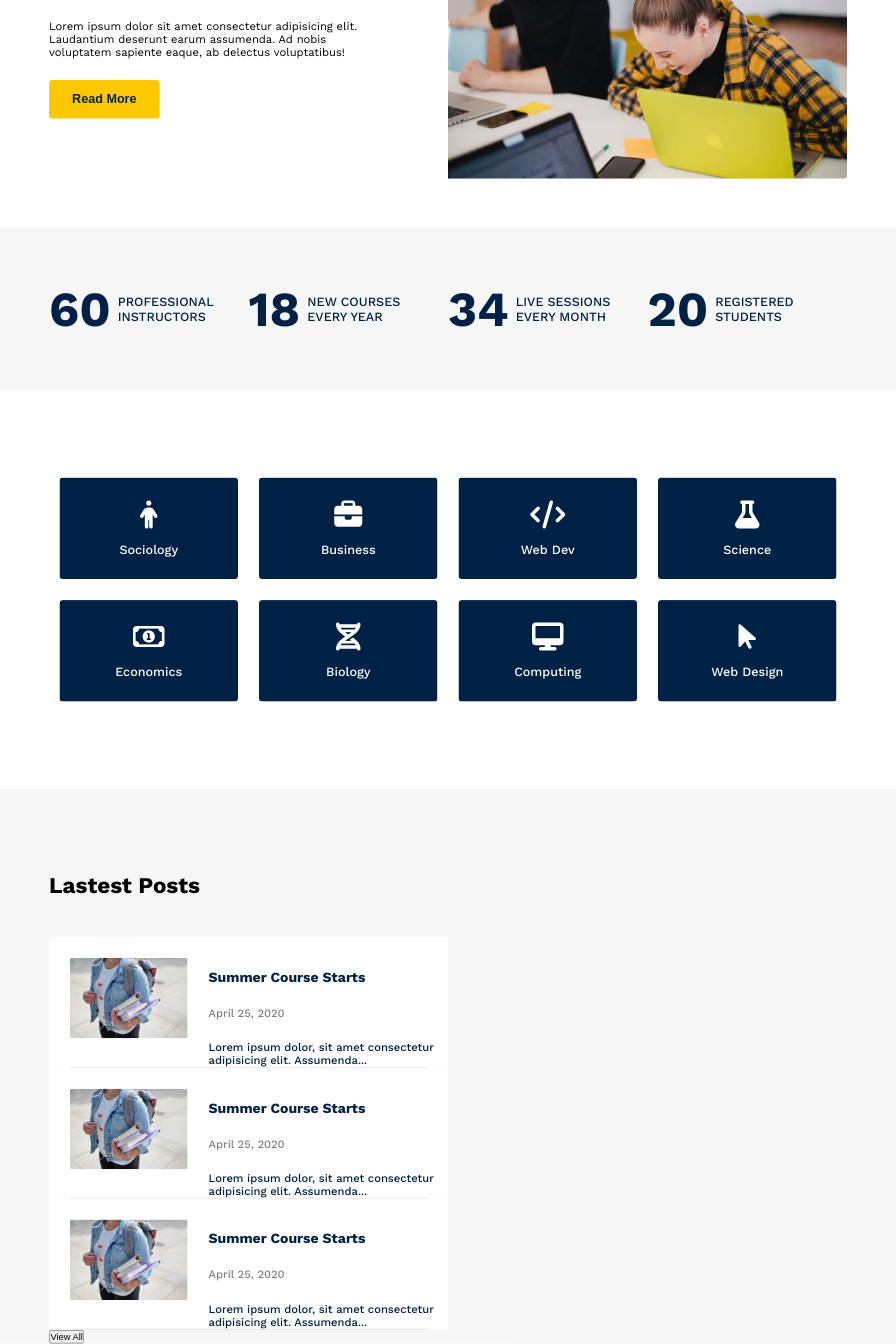
Repository: giahuy405/BC38__Mastery__Pham_Gia_Huy
Page: index.html
The author's editor kept a copy of each file at every save. The page is drawn from the files as they stood at one save, then again after a run of saves.
The browser window is 1280 px wide. The pictures show the part of the page from y = 905 to 2825 px (the page is 2825 px tall before and 2793 px after), at 70% of full size.

Above is the page before, as saved 2022-09-10 12:36:57.

### index.html
<!DOCTYPE html>
<html lang="en">
<head>
    <meta charset="UTF-8">
    <meta http-equiv="X-UA-Compatible" content="IE=edge">
    <meta name="viewport" content="width=device-width, initial-scale=1.0">
    <title>Document</title>
    <link href="https://fonts.googleapis.com/css2?family=Montserrat:wght@300;400;500;700;900&family=Work+Sans:wght@300;400;500;700&display=swap" rel="stylesheet">
    <link rel="stylesheet" href="https://cdnjs.cloudflare.com/ajax/libs/font-awesome/6.2.0/css/all.min.css">
    <link rel="stylesheet" href="./css/index.css">
</head>
<body>
    <header>
        <div class="container">
            <i class="fa-solid fa-pen-to-square"></i>
            <div class="header__title">
                <h1>Mastery</h1>
            </div>
        </div>
    </header>
    <nav>
        <div class="container">
            <ul>
                <li><div class="wrapper"><span class="square individual"><a class="ninth before after"  href="#">Home</a></span></div></li>
                <li><div class="wrapper"><span class="square individual"><a class="ninth before after"  href="#">About</a></span></div></li>
                <li><div class="wrapper"><span class="square individual"><a class="ninth before after"  href="#">Services</a></span></div></li>
                <li><div class="wrapper"><span class="square individual"><a class="ninth before after"  href="#">Contact</a></span></div></li>
            </ul>
        </div>
    </nav>
    <div class="carousel">
        <img src="./img/carousel__website.png" alt="">
    </div>
    <div class="welcome container">
        <div class="welcome__content">
            <h1>Welcome To Our Campus</h1>
            <p>Lorem ipsum dolor sit amet consectetur adipisicing elit. Quasi est saepe possimus quisquam dolor ducimus blanditiis, eius fugit ab beatae reprehenderit, inventore earum rerum. Quis nostrum voluptatibus vel quisquam soluta.</p>

            <p>Lorem ipsum dolor sit amet consectetur adipisicing elit. Laudantium deserunt earum assumenda. Ad nobis voluptatem sapiente eaque, ab delectus voluptatibus!</p>
            <button>Read More</button>
        </div>
        <div class="welcome__img">
            <img src="./img/g1.jpg" alt="">
        </div>
        <div class="clear"></div>
    </div>
    <div class="information">
       <div class="container">
            <div class="information__content">
                <div class="information__title">
                    <h1>60</h1>
                </div>
                <div class="information__desc">
                    <p>PROFESSIONAL</p>
                    <p>INSTRUCTORS</p>
                </div>
                <div class="clear"></div>
            </div>
            <div class="information__content">
                <div class="information__title">
                    <h1>18</h1>
                </div>
                <div class="information__desc">
                    <p>NEW COURSES</p>
                    <p>EVERY YEAR</p>
                </div>
                <div class="clear"></div>
            </div>
            <div class="information__content">
                <div class="information__title">
                    <h1>34</h1>
                </div>
                <div class="information__desc">
                    <p>LIVE SESSIONS</p>
                    <p>EVERY MONTH</p>
                </div>
                <div class="clear"></div>
            </div>
            <div class="information__content">
                <div class="information__title">
                    <h1>20</h1>
                </div>
                <div class="information__desc">
                    <p>REGISTERED</p>
                    <p>STUDENTS</p>
                </div>
                <div class="clear"></div>
            </div>
            <div class="clear"></div>
       </div>
    </div>
    <div class="cards">
        <div class="container">
            <div class="cards-top">
                <div class="card">
                    <a href="#">
                        <div class="card__item">
                            <i class="fa-solid fa-person"></i>
                            <p>Sociology</p>
                        </div>
                    </a>
                </div>
                <div class="card">
                    <a href="#">
                        <div class="card__item">
                            <i class="fa-solid fa-briefcase"></i>
                            <p>Business</p>
                        </div>
                    </a>
                </div>
                <div class="card">
                   <a href="#">
                        <div class="card__item">
                            <i class="fa-solid fa-code"></i>
                            <p>Web Dev</p>
                        </div>
                   </a>
                </div>
                <div class="card">
                   <a href="#">
                        <div class="card__item">
                            <i class="fa-solid fa-flask"></i>
                            <p>Science</p>
                        </div>
                   </a>
                </div>
                <div class="clear"></div>
            </div>
            <div class="card-bottom">
                <div class="card">
                    <a href="#">
                        <div class="card__item">
                            <i class="fa-regular fa-money-bill-1"></i>
                            <p>Economics</p>
                        </div>
                    </a>
                </div>
                <div class="card">
                   <a href="#">
                        <div class="card__item">
                            <i class="fa-solid fa-dna"></i>
                            <p>Biology</p>
                        </div>
                   </a>
                </div>
                <div class="card">
                    <a  href="#">
                        <div class="card__item">
                            <i class="fa-solid fa-desktop"></i>
                            <p>Computing</p>
                        </div>
                    </a>
                </div>
                <div class="card">
                    <a href="#">
                        <div class="card__item">
                            <i class="fa-solid fa-arrow-pointer"></i>
                            <p>Web Design</p>
                        </div>
                    </a>
                </div>
                <div class="clear"></div>
            </div>
        </div>
    </div>
    <div class="news">
        <div class="container">
            <div class="news__lastest-post">
                <h1>Lastest Posts</h1>
                <div class="lastest-post__items">
                    <div class="lastest-post__item">
                        <a href="#">
                            <img src="./img/g9.jpg" alt="">
                            <div class="lastest-post__desc">
                                <h2 >Summer Course Starts</h2>
                                <p class="lastest-post__time">April 25, 2020</p>
                                <p>Lorem ipsum dolor, sit amet consectetur adipisicing elit. Assumenda...</p>
                            </div>
                            <div class="clear"></div>
                        </a>
                        <hr noshade >
                    </div>

                    <div class="lastest-post__item">
                        <a href="#">
                            <img src="./img/g9.jpg" alt="">
                            <div class="lastest-post__desc">
                                <h2>Summer Course Starts</h2>
                                <p class="lastest-post__time">April 25, 2020</p>
                                <p>Lorem ipsum dolor, sit amet consectetur adipisicing elit. Assumenda...</p>
                            </div>
                            <div class="clear"></div>
                        </a>
                        <hr noshade >
                    </div>

                    <div class="lastest-post__item">
                        <a href="#">
                            <img src="./img/g9.jpg" alt="">
                            <div class="lastest-post__desc">
                                <h2>Summer Course Starts</h2>
                                <p class="lastest-post__time">April 25, 2020</p>
                                <p>Lorem ipsum dolor, sit amet consectetur adipisicing elit. Assumenda...</p>
                            </div>
                            <div class="clear"></div>
                        </a>
                        <hr noshade >
                    </div>

                </div>
                <button>View All</button>
            </div>
            <div class="news__upcoming__events">

            </div>
            <div class="clear"></div>
        </div>
    </div>

</body>
</html>

### css/index.css
*{
    padding: 0;
    margin: 0;
    box-sizing: border-box;
}
.clear{
    clear: both;
}
html{
    font-size: 16px;
    font-family: 'Work Sans', sans-serif;
}
.container{
    width: 1140px;
    margin: 0 auto;
}
header{
    position: relative;
    margin-top: 15px;
}
.header__title{
    display: inline-block;
     position: absolute;
     top: -4px;
    left: 160px;
}
.header__title h1{
    font-size: 35px;
    color: #1b1d2d;
}
header i{
    background-color: #002146;
    height: 36px;
    width: 36px;
    border-radius: 50%;
    color: #fdc800;
    text-align: center;
    padding-top: 9px;

}
nav ul{
    list-style: none;
    margin-top: 15px;
    margin-left: 18px;

}
nav li{
    display: inline;
    margin-right: 30px;
}

 /*  Hover for Navigation bar */
.wrapper{
    margin:2em 0;
    display: inline;
    font-size: 7px;
}
 a, a:visited, a:hover, a:active{
    -webkit-backface-visibility:hidden;
            backface-visibility:hidden;
      position:relative;
    transition:0.5s color ease;
      text-decoration:none;
      color:#002146;
      font-size:2px;
      font-weight: 500;
}
 a:hover{
    color:#fdc800;
}
 a.before:before, a.after:after{
content: "";
transition:0.5s all ease;
-webkit-backface-visibility:hidden;
        backface-visibility:hidden;
position:absolute;
}
 a.before:before{
top:-0.25em;
}
 a.after:after{
bottom:-0.25em;
}
 a.before:before, a.after:after{
height:5px;
height:0.2rem;
width:0;
background:#fdc800;
}
 a.first:after{
left:0;
}
 a.second:after{
right:0;
}
 a.third:after, a.sixth:before, a.sixth:after{
left:50%;
-webkit-transform:translateX(-50%);
        transform:translateX(-50%);
}
a.fourth:before, a.fourth:after{
left:0;
}
 a.fifth:before, a.fifth:after{
right:0;
}
 a.seventh:before{
right:0;
}
 a.seventh:after{
left:0;
}
 a.eigth:before{
left:0;
}
 a.eigth:after{
right:0;
}
a.before:hover:before, a.after:hover:after{
width:100%;
}
.square{
box-sizing:border-box;
margin-left:-0.4em;
position:relative;
font-size:2.5em;
overflow:hidden;
}
.square a{
position:static;
font-size:100%;
padding:0.2em 0.4em;
}
.square:before,.square:after{
content: "";
box-sizing:border-box;
transition:0.25s all ease;
-webkit-backface-visibility:hidden;
        backface-visibility:hidden;
position:absolute;
width: 5px;
width:0.2rem;
height:0;
background:#fdc800;
}
.square:before{
left:0;
bottom:-0.2em;
}
.square.individual:before{
transition-delay:0.6s;
}
.square:after{
right:0;
top:-0.2em;
}
.square.individual:after{
transition-delay:0.2s;
}
.square a:before{
left:0;
transition:0.25s all ease;
}
.square a:after{
right:0;
transition:0.25s all ease;
}
.square.individual a:after{
transition:0.25s all ease 0.4s;
}
.square:hover:before,.square:hover:after{
height:calc(100% + 0.4em);
}
.square:hover  a:before,.square:hover a:after{
width:100%;
}


/* CAROUSEL / SLIDER */
.carousel{
    width: 100%;
    margin-top: 20px;
}
.carousel img{
max-width: 100%;
height: 597px;
}


/* create WELCOME */
.welcome{
    margin-top: 62px;
    margin-bottom: 66px;
}
.welcome__content h1{
    margin-bottom: 20px;
    color: #1b1d2d;
}
.welcome__content{
    padding-right: 80px;
}
.welcome__content p{
    margin-bottom: 30px;
}
.welcome__content button{
    padding: 17px 33px;
    font-size: 18px;
    font-weight:700;
    color: #002146;
    background-color: #fdc800;
    border: none;
    border-radius: 5px;
    cursor: pointer;
    transition: all 0.2s;
}
.welcome__content button:hover{
    background-color: #002146;
    color: #fdc800;
    box-shadow: 5px 5px 10px black;
}
.welcome__content,.welcome__img{
    width: 50%;
    float: left;
}
.welcome__img img{
    width: 100%;
    border-top-right-radius: 5px;
    border-bottom-right-radius: 5px;
}


/* create INFORMATION  */
.information{
    background-color: #f6f6f6;
    padding: 75px 0;
    margin-bottom: 110px;
}
.information__content{
    float: left;
    width: 25%;
}
.information__content h1{
    display: inline-block;
    font-size: 70px;
    color: #002146;

}
.information__title,.information__desc{
    float: left;
}
.information__desc p:first-child{
    margin-top:20px;
}
.information__desc p{
    margin-left: 10px;
    font-size: 18px;
    color: #002146;
    font-weight: 500;
}


/* create CARDS */
.cards{
    margin-bottom: 110px;
}
.card{
    float: left;
    width: 25%;
    text-align: center;
    padding: 15px;
}
.card__item{
    background-color: #002146;
    padding: 32px 50px;
    border-radius: 5px;
}
.card__item i{
    color: white;
    font-size: 40px;
}
.card__item p{
    color: white;
    font-size: 18px;
    margin-top: 20px;
}
.card a{
    cursor: pointer;
    transition: all 0.2s;
}
.card a:hover{
    opacity: 0.7;
}
.card:hover{
    box-shadow: 1px 1px 10px  black;
    border-radius: 5px;
}


/* NEWS */
.news{
    padding-top: 118px;
    background-color: #f6f6f6;
}
.news h1:first-child{
    margin-bottom: 55px;
}
.news__lastest-post,.news__upcoming__events{
    float: left;
    width: 50%;
}
.lastest-post__item{
    background-color: white;
}
.lastest-post__item img{
    width: 158px;
    border: 30px solid transparent;
    border-radius: 33px;
}
.lastest-post__item a img{
    float: left;
    width: 40%;
}
.lastest-post__desc{
    float: left;
    width: 60%;
    padding-top: 45px;
}
.lastest-post__item hr{
    width:90%;
    margin: 0 auto;
    background-color: rgb(218, 218, 218);
    height: 1px;
    border: none;
}
.lastest-post__item a{
    font-size: 20px;
    color: #002146;
}
.lastest-post__item a .lastest-post__desc  h2{
    font-size: 20px;
}
.lastest-post__item a .lastest-post__desc p{
    font-size: 16px;
}
.lastest-post__item a .lastest-post__desc .lastest-post__time{
    font-size: 16px;
    color: gray;
    margin: 30px 0;
}

After the next 2 saves:
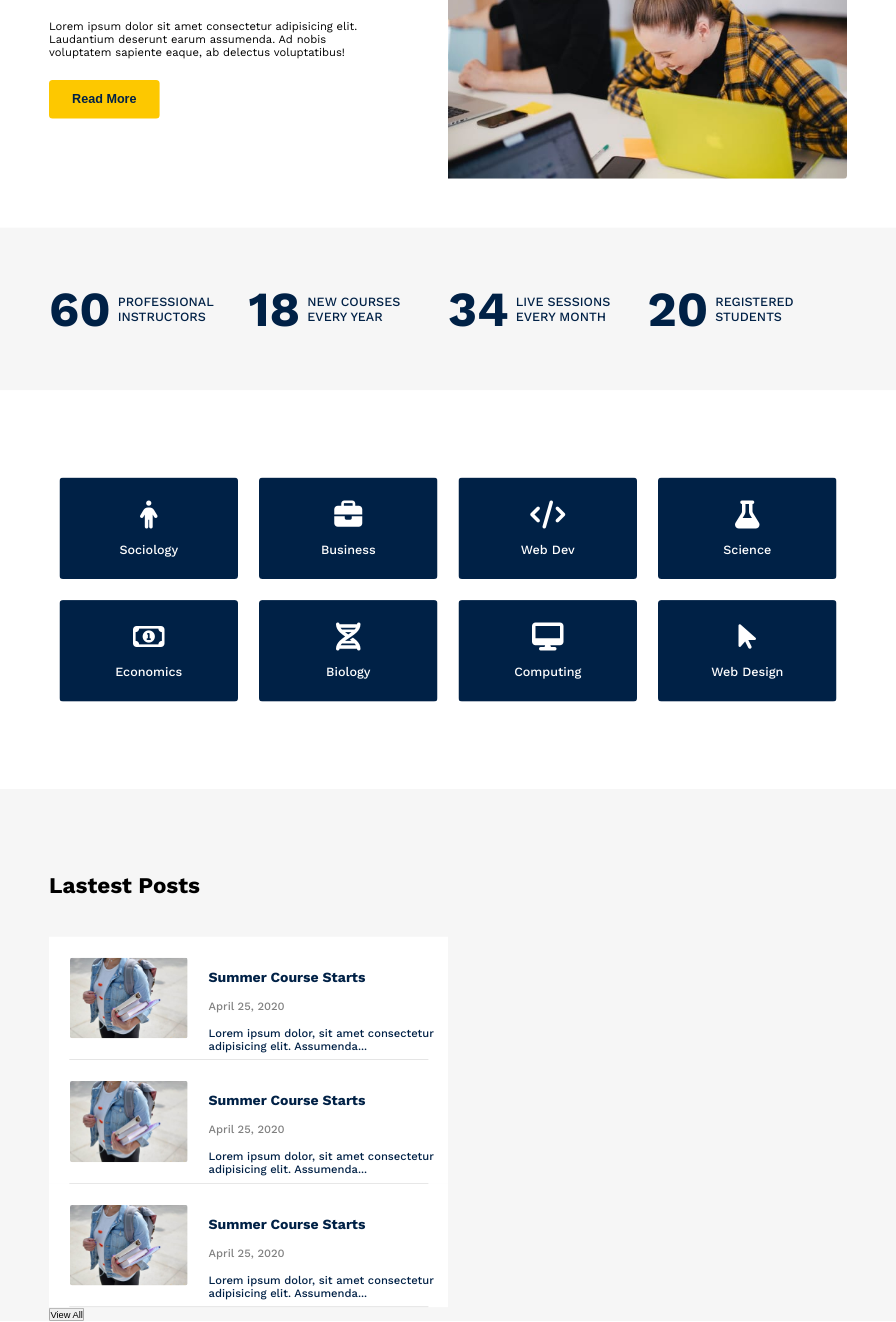
The 2 saves are shown as one change because they came seconds apart.
The last was saved 7 s later.
--- a/css/index.css
+++ b/css/index.css
@@ -342,8 +342,8 @@ height: 597px;
 .lastest-post__item a .lastest-post__desc p{
     font-size: 16px;
 }
-.lastest-post__item a .lastest-post__desc .lastest-post__time{
+ .lastest-post__time{
     font-size: 16px;
     color: gray;
-    margin: 30px 0;
-}
+    margin: 20px 0;
+}
